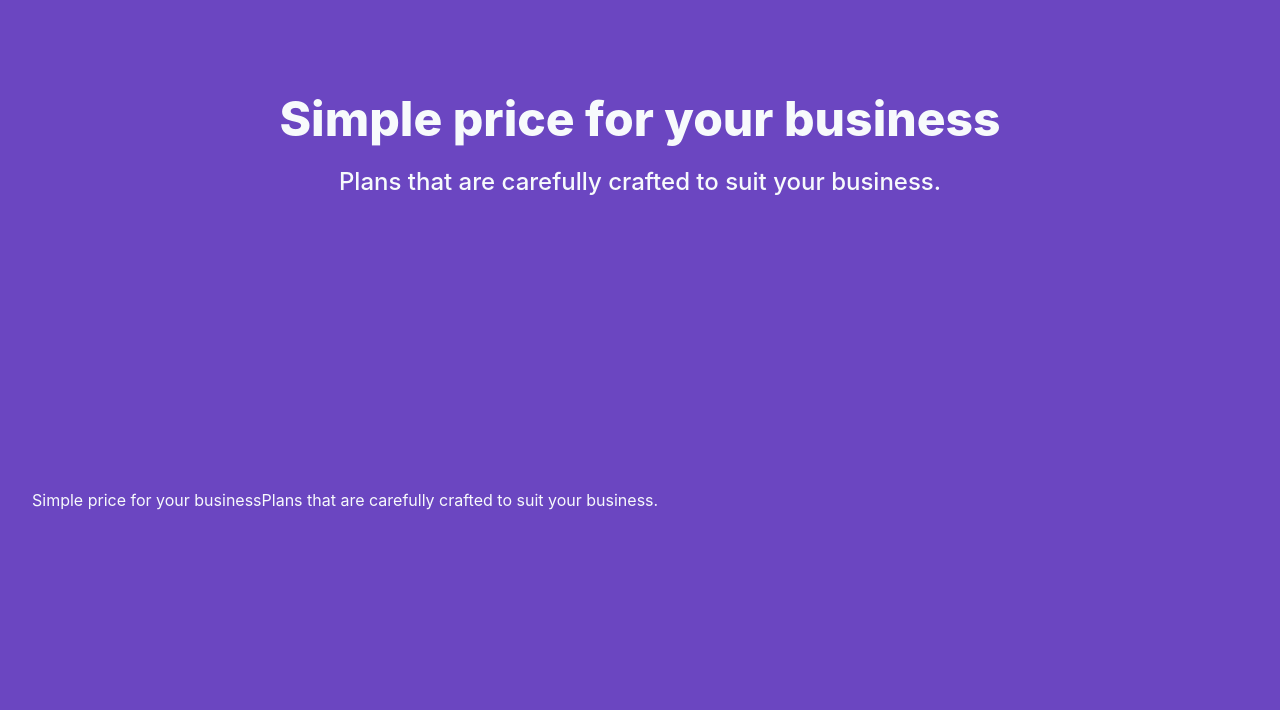
Repository: noutijo/learn-in-depth-chakra-ui
Page: /
These files come from the project's save history. The page is drawn as it stood at one moment and after the next save; the edit follows.
The browser window is 1280 px wide. The pictures show the whole page.
The project was rebuilt for these pictures with package versions that can differ from the ones it lists, and the page was loaded fresh each time. Also part of the build but not shown: vite.config.ts.

Above is the page before, as saved 2023-01-30 15:26:23.

### src/main.tsx
import React from 'react'
import ReactDOM from 'react-dom/client'
import App from './App'
import { ChakraProvider } from "@chakra-ui/react"

ReactDOM.createRoot(document.getElementById('root') as HTMLElement).render(
  <ChakraProvider>
  <React.StrictMode>
    <App />
  </React.StrictMode>
  </ChakraProvider>,
)

### src/App.tsx
//import './App.css'
import "./App.css";
import { Box, Flex, Stack, VStack, HStack } from "@chakra-ui/react";
import { Header  } from "./components/Header";
import { Pricing } from "./components/Pricing";

export default function App() {
  return (
    <div className="App">
      <Box>
        <Header />
        <Pricing />
      </Box>
    </div>
  );
}

### src/App.css
#root {
  max-width: 1280px;
  margin: 0 auto;
  text-align: center;
}

.logo {
  height: 6em;
  padding: 1.5em;
  will-change: filter;
}
.logo:hover {
  filter: drop-shadow(0 0 2em #646cffaa);
}
.logo.react:hover {
  filter: drop-shadow(0 0 2em #61dafbaa);
}

@keyframes logo-spin {
  from {
    transform: rotate(0deg);
  }
  to {
    transform: rotate(360deg);
  }
}

@media (prefers-reduced-motion: no-preference) {
  a:nth-of-type(2) .logo {
    animation: logo-spin infinite 20s linear;
  }
}

.card {
  padding: 2em;
}

.read-the-docs {
  color: #888;
}

### src/components/Header.tsx
//import './App.css'
import { Box, Heading, Text, Flex } from "@chakra-ui/react";

export function Header() {
  return (
    <Box as="section" color="#F7FAFC" bg="#6b46c1" pt="90px" pb="198px" px="32px">
      <Heading fontWeight={800} fontSize={"48px"}>
        Simple price for your business
      </Heading>
      <Text fontWeight={500} fontSize={"24px"} mt="16px">
        Plans that are carefully crafted to suit your business.
      </Text>
    </Box>
  );
}

### src/components/Pricing.tsx
//import './App.css'
import { Box, Heading, Text, Flex } from "@chakra-ui/react";

export function Pricing() {
  return (
    <Box
      as="section"
      color="#F7FAFC"
      bg="#6b46c1"
      pt="90px"
      pb="198px"
      px="32px">
      <Flex>
        <Box>Simple price for your business</Box>
        <Box>Plans that are carefully crafted to suit your business.</Box>
      </Flex>
    </Box>
  );
}

Loaded but not shown: index.html (common file)

After the next save:
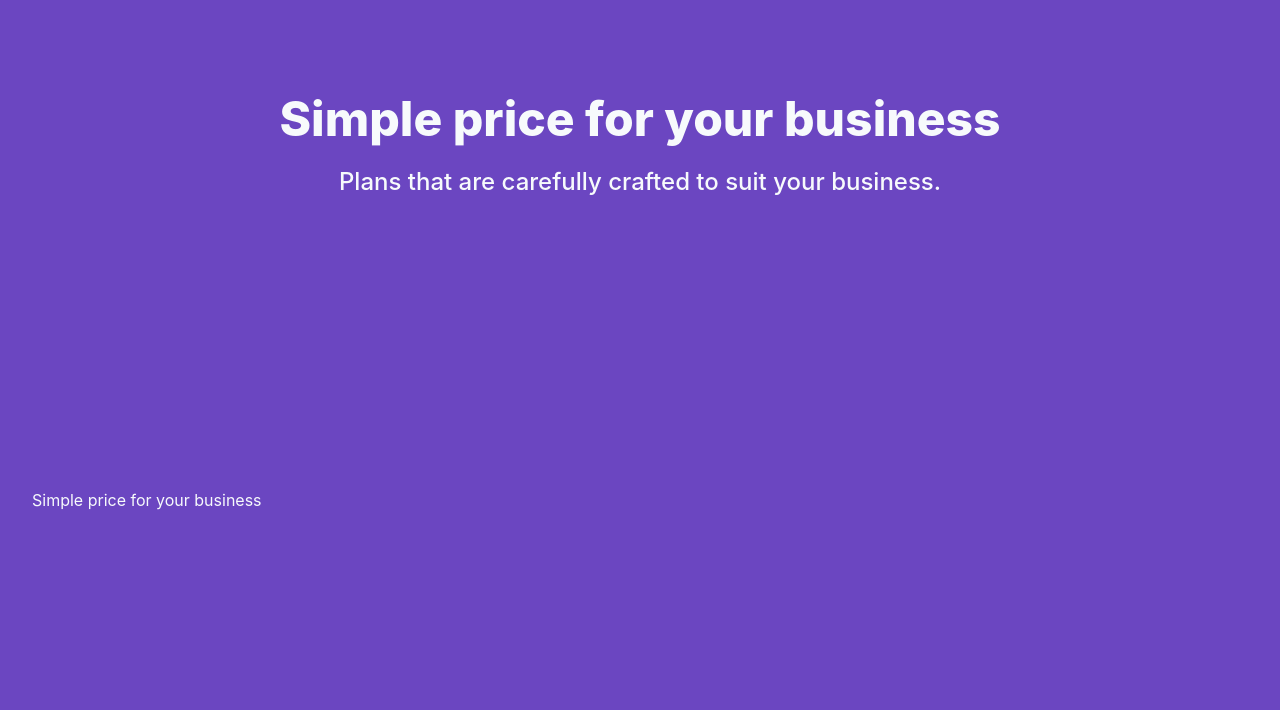
Saved 15 s later.
--- a/src/components/Pricing.tsx
+++ b/src/components/Pricing.tsx
@@ -12,7 +12,7 @@ export function Pricing() {
       px="32px">
       <Flex>
         <Box>Simple price for your business</Box>
-        <Box>Plans that are carefully crafted to suit your business.</Box>
+        <Box></Box>
       </Flex>
     </Box>
   );
